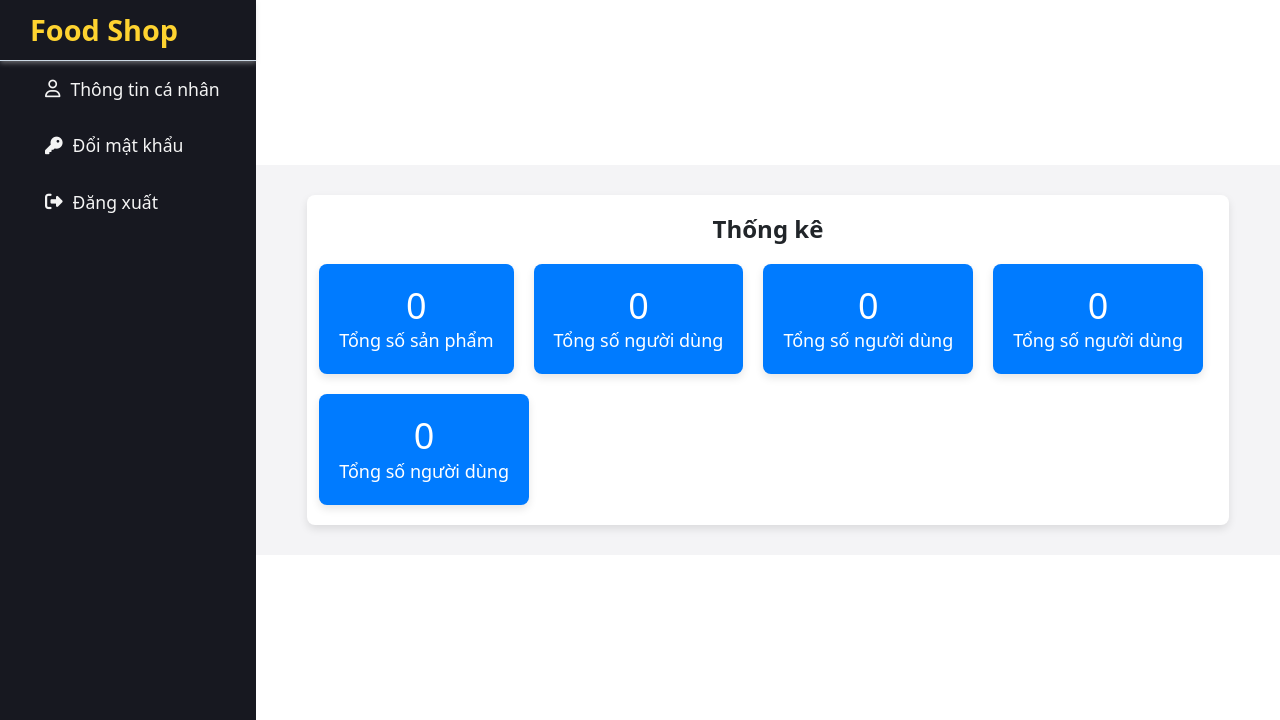
Repository: TuanAnhNguyen723/Restaurant-Projects
Page: http://localhost/Thongke/thongke.php
These files come from the project's save history. The page is drawn as it stood at one moment and after the next save; the edit follows.
The browser window is 1280 px wide. The pictures show the whole page.
The page is run by PHP 8.4 with error messages shown; the project is at /var/www/html/.

Above is the page before, as saved 2024-06-18 20:36:45.

After the next save:
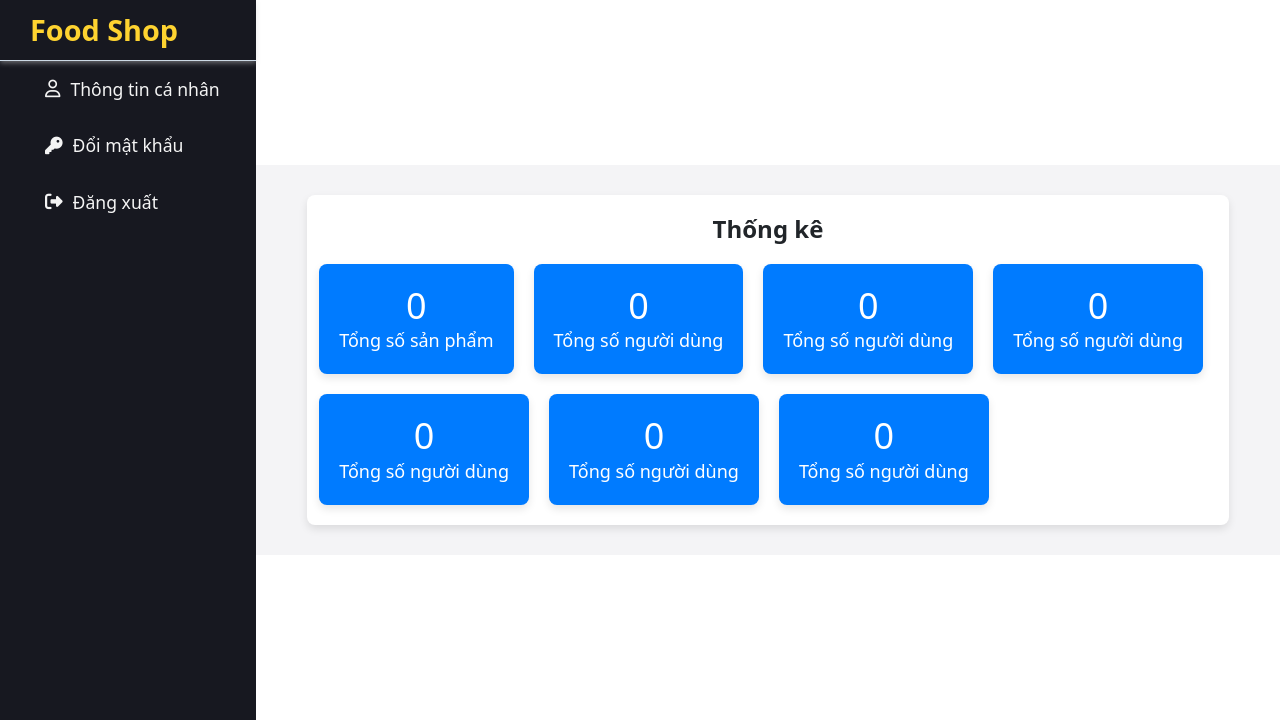
Saved 14 s later.
--- a/Thongke/thongke.php
+++ b/Thongke/thongke.php
@@ -93,6 +93,16 @@
               <h2 id="totalUsers" class="stat-number">0</h2>
               <p class="stat-label">Tổng số người dùng</p>
             </div>
+
+            <div class="stat">
+              <h2 id="totalUsers" class="stat-number">0</h2>
+              <p class="stat-label">Tổng số người dùng</p>
+            </div>
+
+            <div class="stat">
+              <h2 id="totalUsers" class="stat-number">0</h2>
+              <p class="stat-label">Tổng số người dùng</p>
+            </div>
           </div>
       </main>
     </main>
